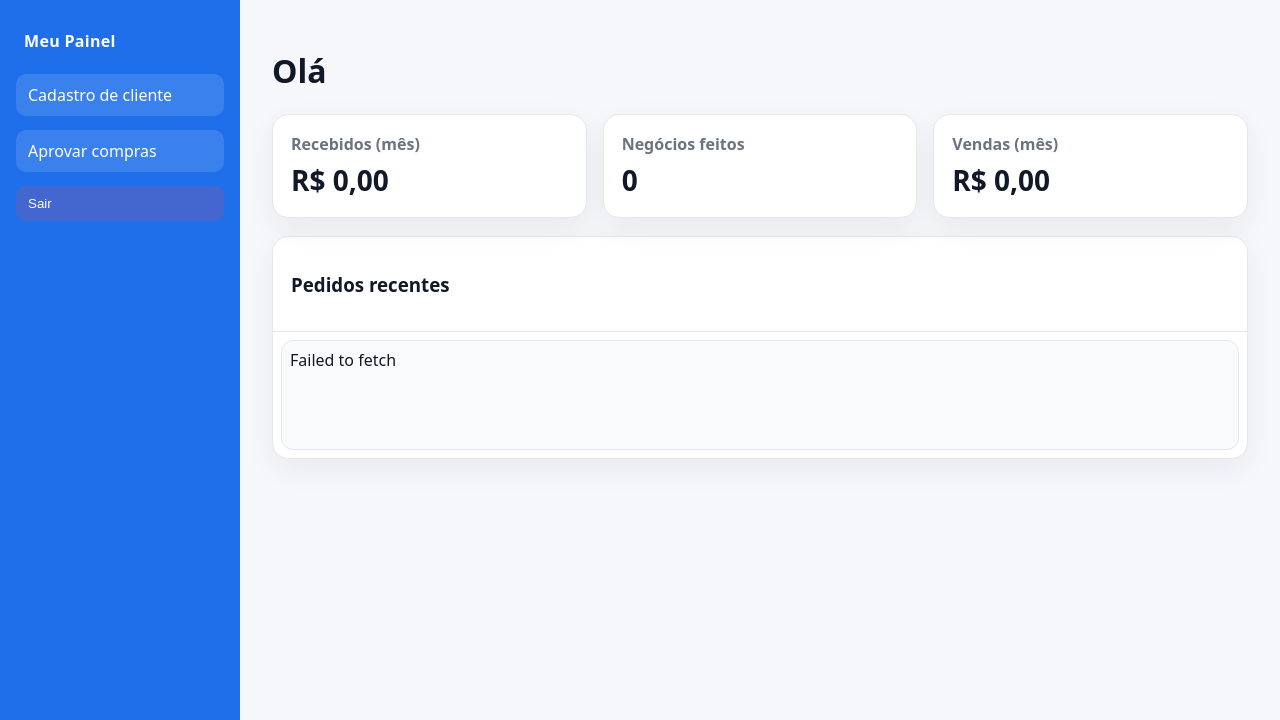
Repository: Rob-son-prog/NegocioSistema
Page: dashboard.html
These files come from the project's save history. The page is drawn as it stood at one moment and after the next save; the edit follows.
The browser window is 1280 px wide. The pictures show the whole page.
The page's requests for data from a server got no answer.

Above is the page before, as saved 2025-08-30 14:47:33.

After the next save:
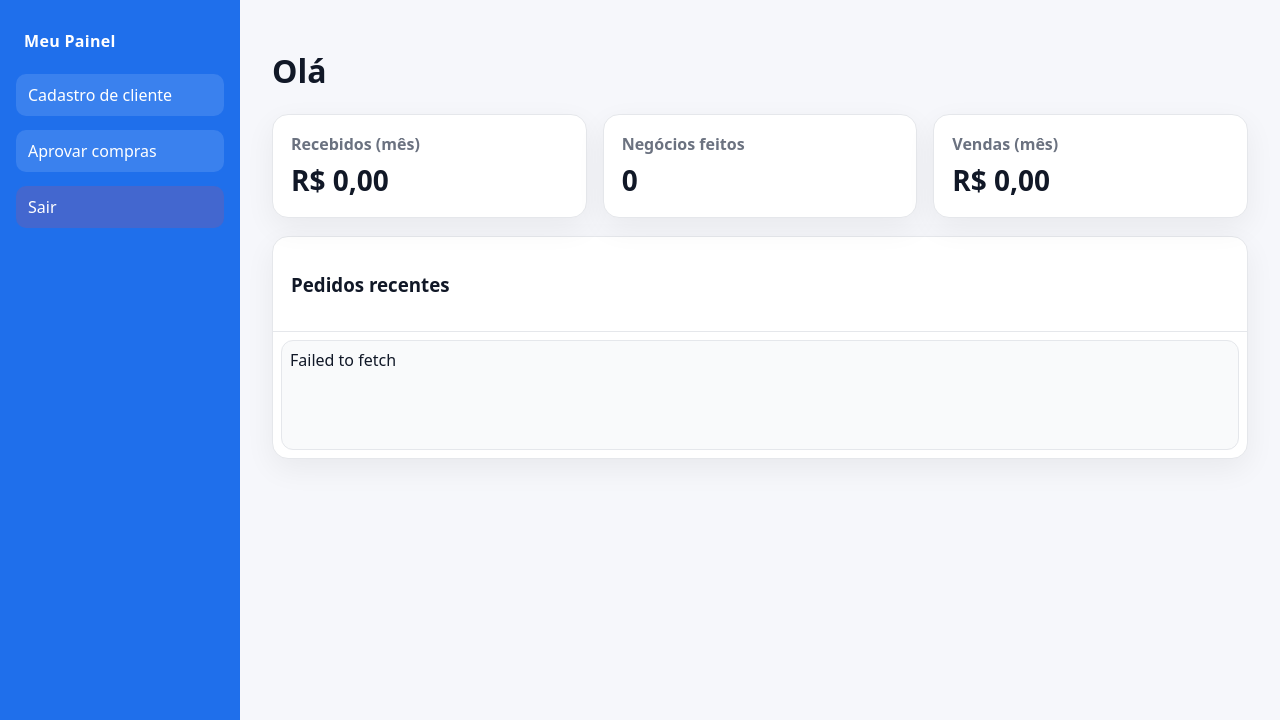
Saved 13 min 30 s later.
--- a/dashboard.html
+++ b/dashboard.html
@@ -11,15 +11,9 @@
     <aside class="sidebar">
       <div class="brand">Meu Painel</div>
       <nav class="menu">
-        <a href="cadastro.html" class="item">
-          <span>Cadastro de cliente</span>
-        </a>
-        <a href="aprovacoes.html" class="item">
-          <span>Aprovar compras</span>
-        </a>
-        <button id="logout" class="item danger" type="button">
-          <span>Sair</span>
-        </button>
+        <a href="cadastro.html" class="item"><span>Cadastro de cliente</span></a>
+        <a href="aprovacoes.html" class="item"><span>Aprovar compras</span></a>
+        <a href="index.html" class="item danger" id="logout"><span>Sair</span></a>
       </nav>
     </aside>
 
@@ -48,13 +42,16 @@
         </div>
       </section>
 
-      <!-- PEDIDOS RECENTES -->
+      <!-- PEDIDOS RECENTES (lista compacta, 1 por linha) -->
       <section class="panel">
         <div class="panel-header">
           <h3>Pedidos recentes</h3>
         </div>
         <div class="panel-body">
-          <div id="ordersRow" class="orders-row" data-empty="true">Nenhum pedido ainda…</div>
+          <!-- *** importante: id e classes batendo com o seu CSS *** -->
+          <div id="ordersRow" class="orders-row">
+            <div class="muted">Carregando…</div>
+          </div>
         </div>
       </section>
     </main>
